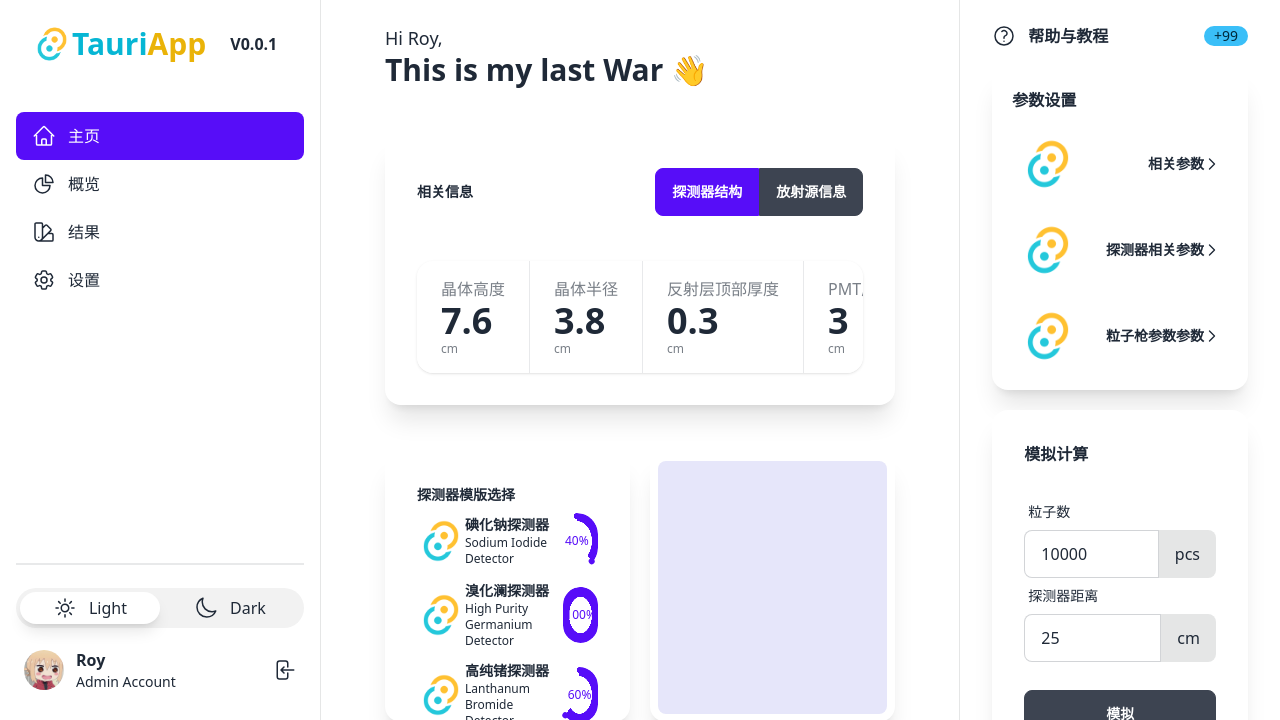
Repository: XMZOVO/tauri-geant4
Page: /
These files come from the project's save history. The page is drawn as it stood at one moment and after the next save; the edit follows.
The browser window is 1280 px wide. The pictures show the whole page.
The page's requests for data from a server got no answer. An inner scrolling area shows only its first screen. The project was rebuilt for these pictures with package versions that can differ from the ones it lists, and the page was loaded fresh each time. No one was signed in, and anything a server would have sent is missing. Also part of the build but not shown: vite.config.ts.

Above is the page before, as saved 2022-09-11 19:14:00.

After the next save:
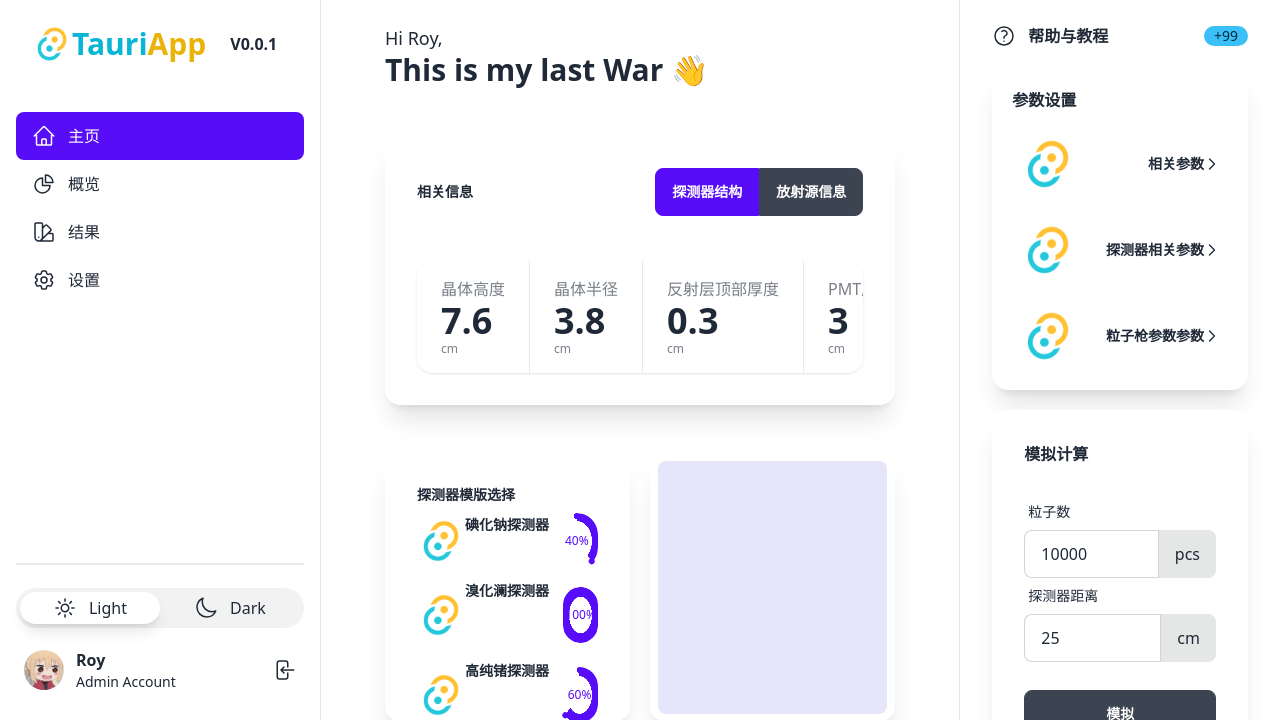
Saved 20 s later.
--- a/src/components/Home.vue
+++ b/src/components/Home.vue
@@ -196,7 +196,9 @@ const exitApp = async () => {
                   <img src="../assets/icon.png" class="h-12 w-12" />
                   <div class="flex flex-col">
                     <p class="text-sm font-semibold">{{ item.name }}</p>
-                    <p class="text-xs">{{ item.description }}</p>
+                    <p class="text-xs text-primary-content">
+                      {{ item.description }}
+                    </p>
                   </div>
                 </div>
                 <div
